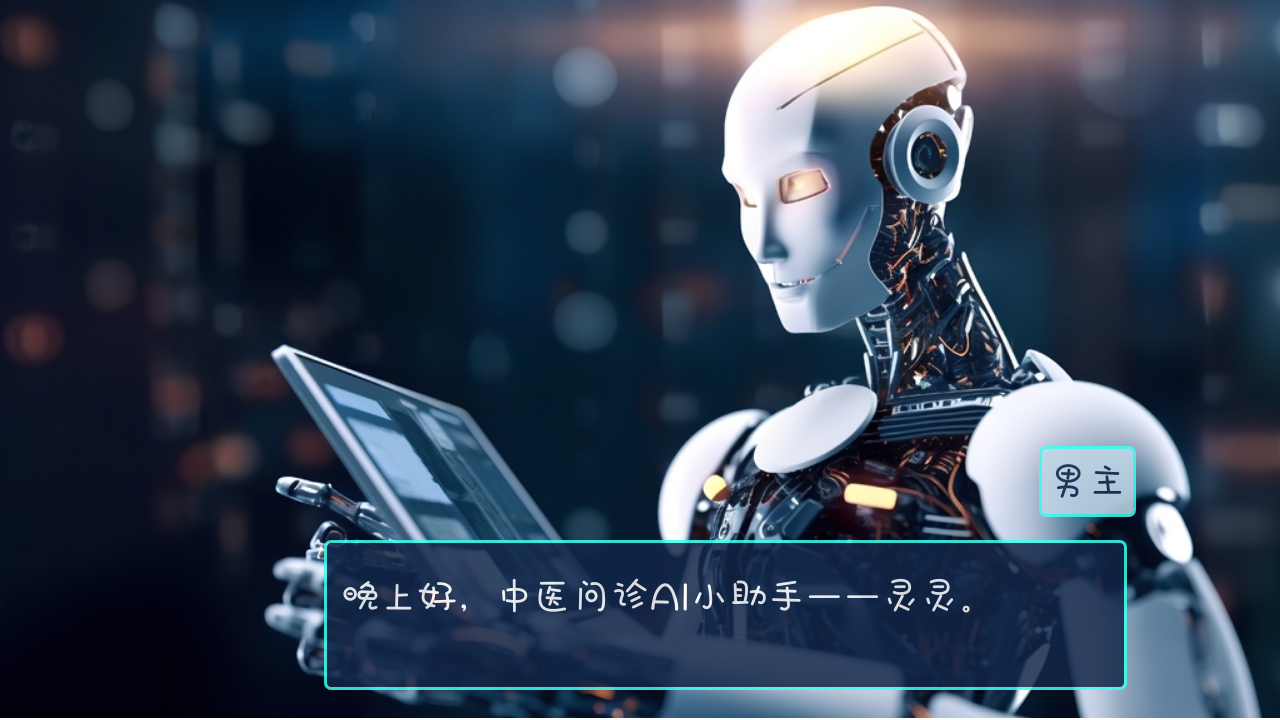
Repository: chjyume/zhongyi
Page: index3.html
These files come from the project's save history. The page is drawn as it stood at one moment and after the next save; the edit follows.
The browser window is 1280 px wide. The pictures show the whole page.

Above is the page before, as saved 2023-09-10 19:04:46.
Console error: ReferenceError: $ is not defined

After the next save:
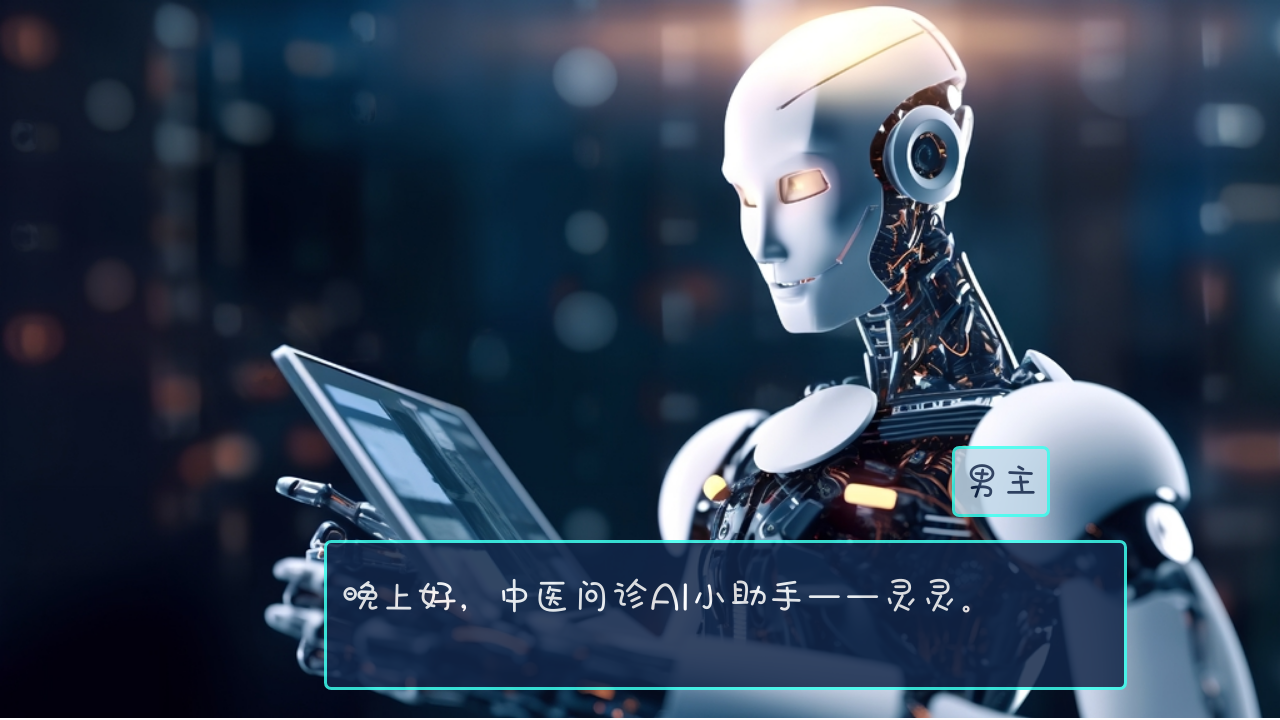
Saved 6 s later.
--- a/css/index3.css
+++ b/css/index3.css
@@ -28,7 +28,7 @@
       font-size: 3vw;
       line-height: 3vw;
       top: 62vh;
-      right: 20vh;
+      right: 32vh;
 
       color: #122648;
         background: #c2d9e9;
